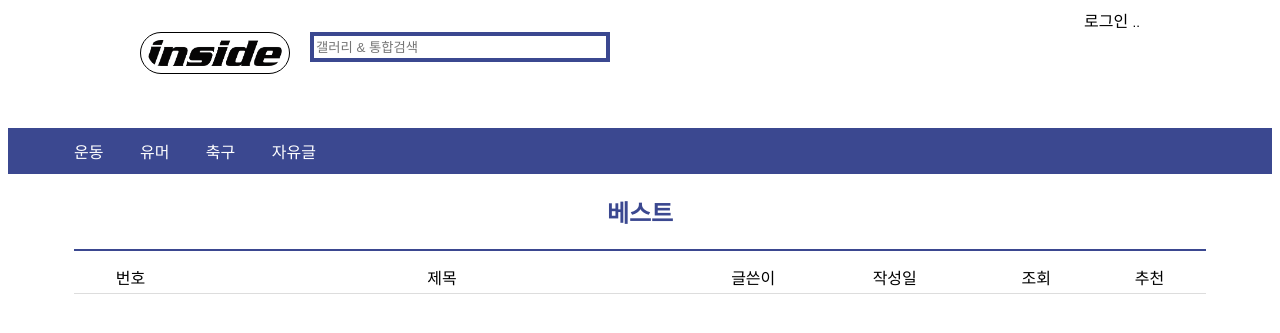
Repository: inhoo123/backup
Page: http://localhost/community-inside/index
The author's editor kept a copy of each file at every save. The page is drawn from the files as they stood at one save, then again after the next save.
The browser window is 1280 px wide. The pictures show the whole page.
Some web fonts or font styles are not loaded; a fallback is used. The page is served by Tomcat 10.

Above is the page before, as saved 2024-06-27 04:07:45.

After the next save:
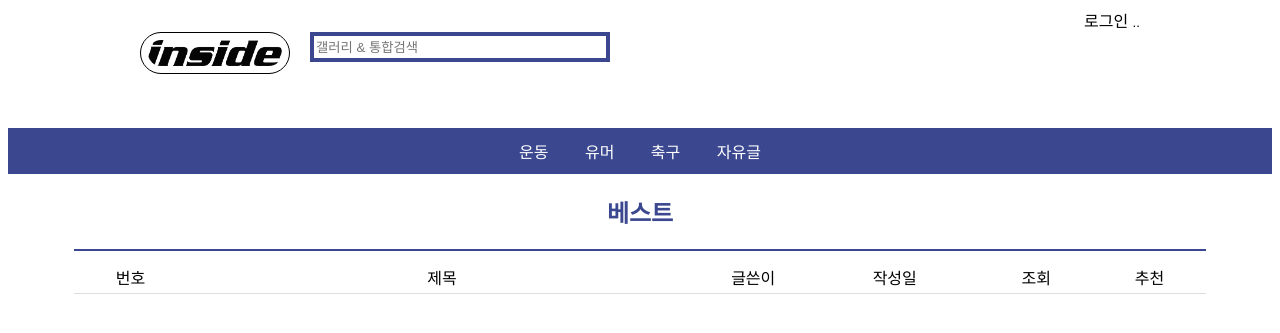
Saved 34 s later.
--- a/web-workspace/community-inside/src/main/webapp/WEB-INF/view/common/header.jsp
+++ b/web-workspace/community-inside/src/main/webapp/WEB-INF/view/common/header.jsp
@@ -43,7 +43,7 @@
 </div>
 <div class="gnb_bar">
 <div class="container px-1">
-<div style="text-align: left;">
+<div style="text-align: center;">
 	<a href="${pageContext.servletContext.contextPath }/list/category?category=운동"
 		><span style="color:white;  font-weight: 550;">운동</span></a>
 
